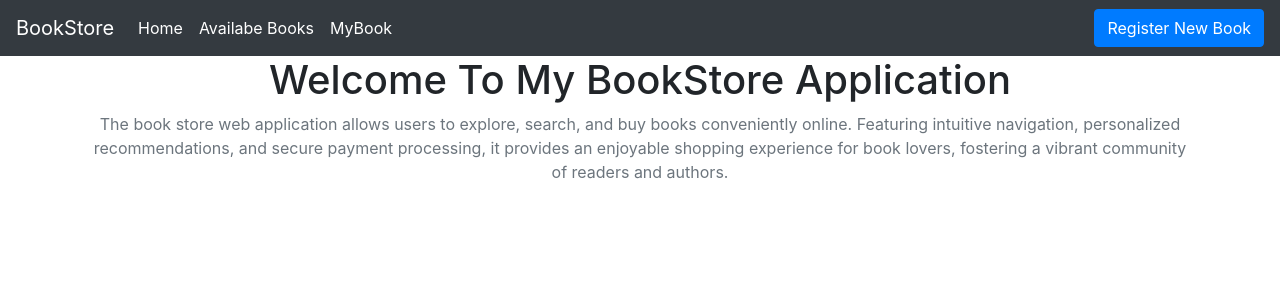
Repository: Sumanta-Sahoo/BookStoreApp
Page: bookstore/src/main/resources/static/availabeBooks.html
The author's editor kept a copy of each file at every save. The page is drawn from the files as they stood at one save, then again after the next save.
The browser window is 1280 px wide. The pictures show the whole page.

Above is the page before, as saved 2024-03-15 07:04:25.

After the next save:
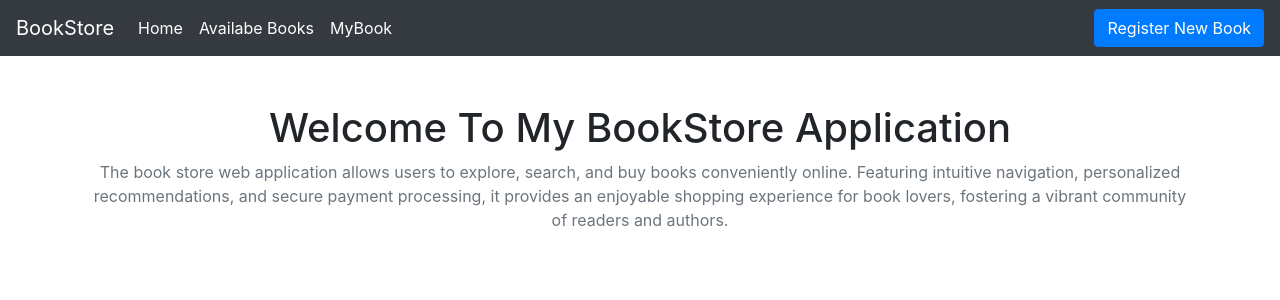
Saved 14 s later.
--- a/bookstore/src/main/resources/static/availabeBooks.html
+++ b/bookstore/src/main/resources/static/availabeBooks.html
@@ -40,7 +40,7 @@
 		</div>
 	</nav>
 
-	<div class="container text-center my-20">
+	<div class="container text-center my-5">
 
 		<h1>Welcome To My BookStore Application</h1>
 		<p class="text-muted">The book store web application allows users to explore, search, and buy books

After the save that followed:
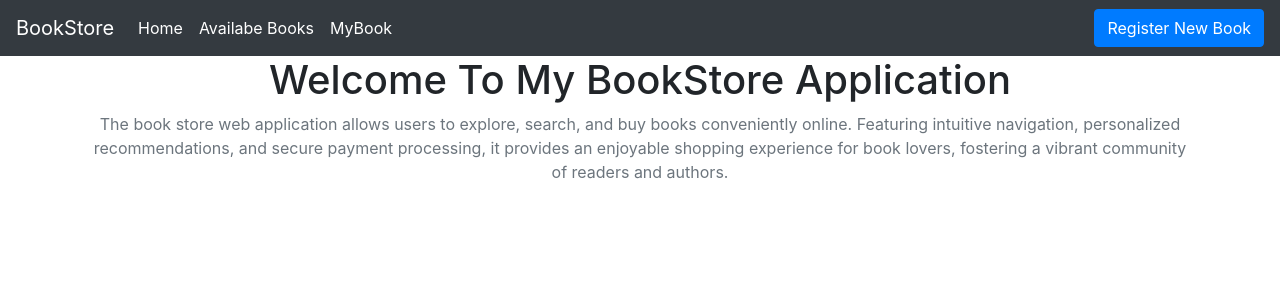
Saved 7 s later.
--- a/bookstore/src/main/resources/static/availabeBooks.html
+++ b/bookstore/src/main/resources/static/availabeBooks.html
@@ -40,7 +40,7 @@
 		</div>
 	</nav>
 
-	<div class="container text-center my-5">
+	<div class="container text-center my-10">
 
 		<h1>Welcome To My BookStore Application</h1>
 		<p class="text-muted">The book store web application allows users to explore, search, and buy books
